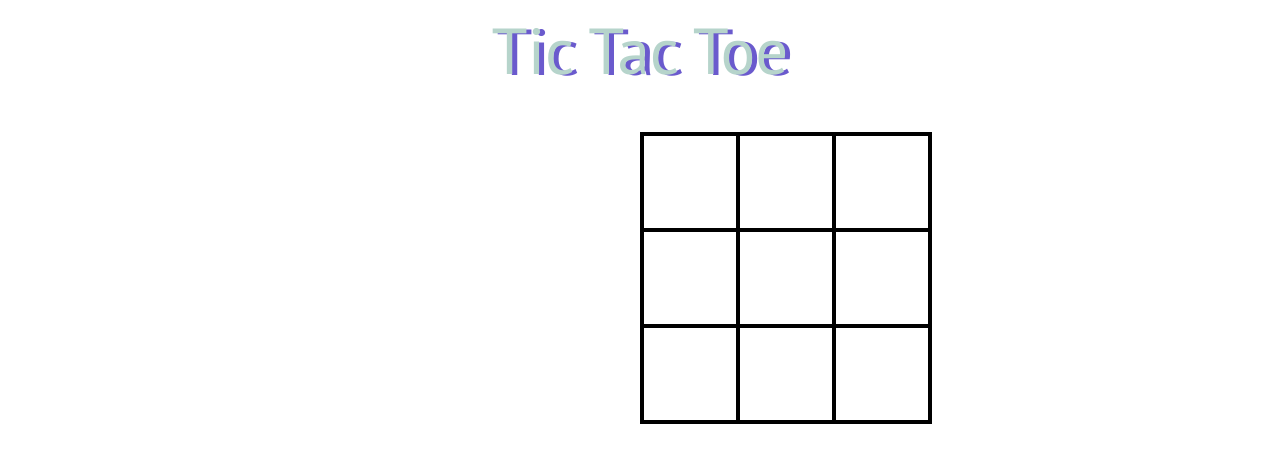
Repository: chin9/TicTacToe
Page: index.html
The author's editor kept a copy of each file at every save. The page is drawn from the files as they stood at one save, then again after the next save.
The browser window is 1280 px wide. The pictures show the whole page.

Above is the page before, as saved 2021-05-12 13:45:55.

After the next save:
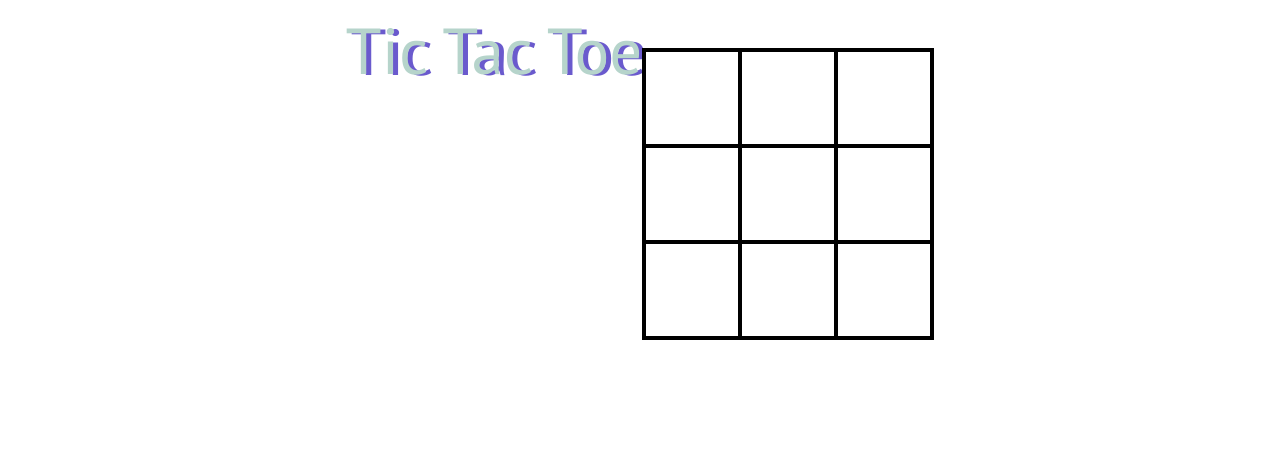
Saved 45 s later.
--- a/style.css
+++ b/style.css
@@ -10,7 +10,8 @@ header{
 }
 
 body{
-    display: block;
+    display: flex;
+    justify-content: center;
 
 }
 
@@ -20,8 +21,6 @@ body{
 
     position: relative;
     top: 40px;
-
-    left: 50%;
 
     display: grid;
     grid-template-columns: 1fr 1fr 1fr;
